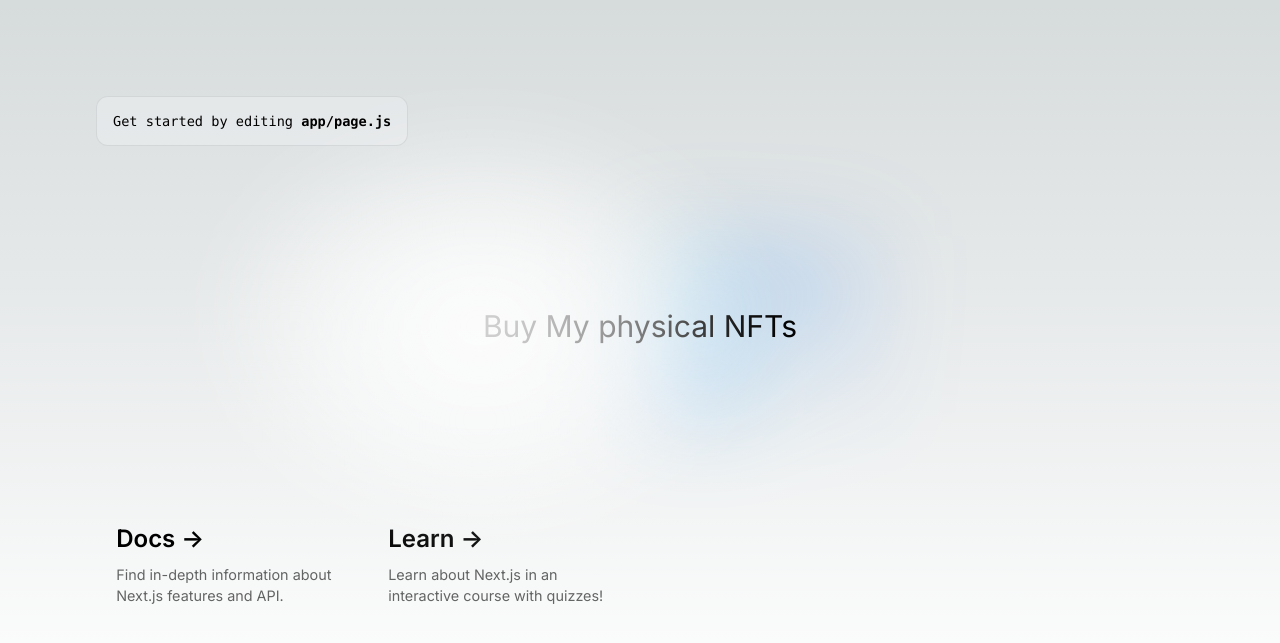
Repository: Seva2705/stripe-nextjs
Page: /
These files come from the project's save history. The page is drawn as it stood at one moment and after the next save; the edit follows.
The browser window is 1280 px wide. The pictures show the whole page.
The project was rebuilt for these pictures with package versions that can differ from the ones it lists, and the page was loaded fresh each time. The framework's server and built-in components were replaced by stand-ins that run in the browser. Also part of the build but not shown: next.config.js.

Above is the page before, as saved 2023-10-31 22:48:32.

After the next save:
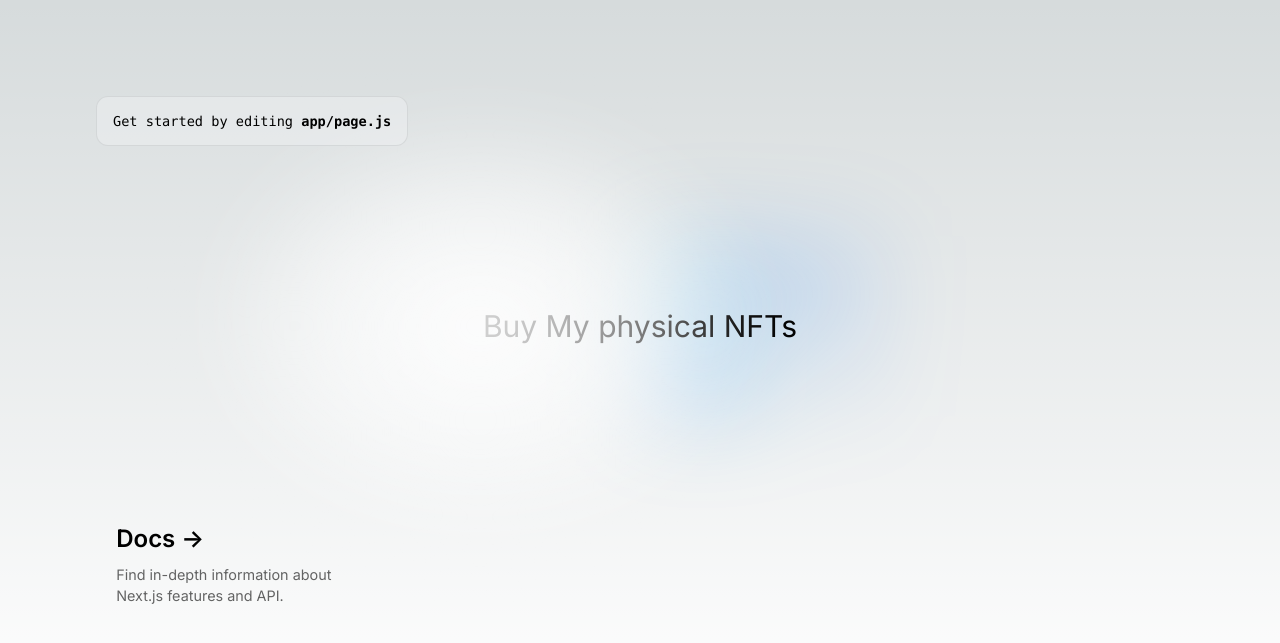
Saved 5 s later.
--- a/app/page.js
+++ b/app/page.js
@@ -33,17 +33,6 @@ export default function Home() {
           <p>Find in-depth information about Next.js features and API.</p>
         </a>
 
-        <a
-          href="https://nextjs.org/learn?utm_source=create-next-app&utm_medium=appdir-template&utm_campaign=create-next-app"
-          className={styles.card}
-          target="_blank"
-          rel="noopener noreferrer"
-        >
-          <h2>
-            Learn <span>-&gt;</span>
-          </h2>
-          <p>Learn about Next.js in an interactive course with&nbsp;quizzes!</p>
-        </a>
 
 
       </div>
